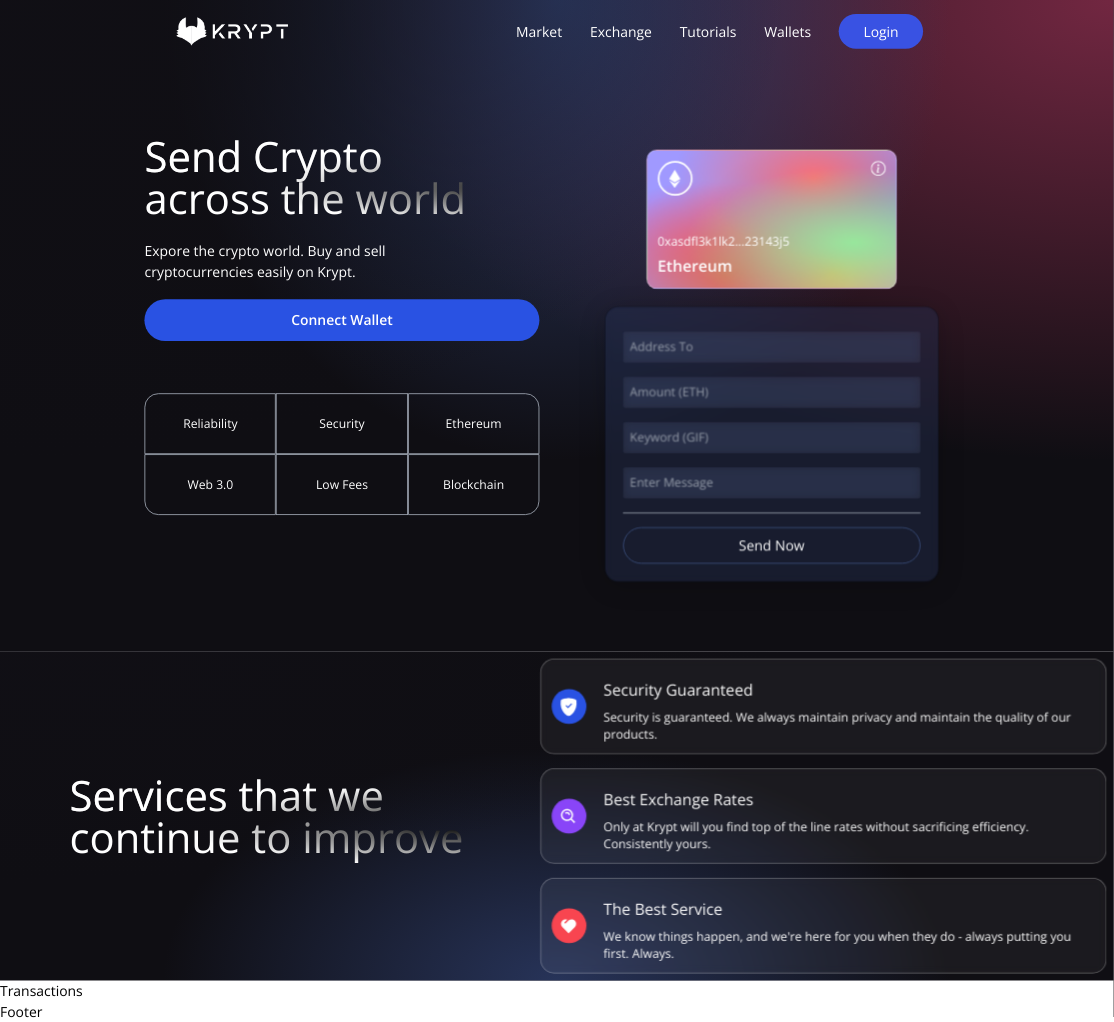
Repository: stephan-chiorean/krypt
Page: / (app in client/)
An editor plug-in stored every save of this project. The page is shown before and after a run of saves, followed by the edit.
The browser window is 1280 px wide. The pictures show the whole page, at 87% of full size.
The project was rebuilt for these pictures with package versions that can differ from the ones it lists, and the page was loaded fresh each time. Also part of the build but not shown: client/vite.config.js, client/src/components/Loader.jsx.

Above is the page before, as saved 2023-03-29 19:33:02.

### client/src/main.jsx
import React from 'react'
import ReactDOM from 'react-dom/client'
import App from './App'
import {TransactionProvider} from './context/TransactionContext';
import './index.css'

ReactDOM.createRoot(document.getElementById('root')).render(
  <TransactionProvider>
  <React.StrictMode>
    <App />
  </React.StrictMode>
  </TransactionProvider>,
)

### client/src/App.jsx
import {Navbar, Welcome, Footer, Services, Transactions} from './components';

const App = () => {

  return (
    <div className="min-h-screen">
      <div className="gradient-bg-welcome">
        <Navbar/>
        <Welcome/>
      </div>
      <Services/>
      <Transactions/>
      <Footer/>
    </div>
  )
}

export default App

### client/src/context/TransactionContext.jsx
import React, { useState, useEffect } from 'react';
import * as ethers from 'ethers';
import { contractABI, contractAddress } from '../utils/constants';

export const TransactionContext = React.createContext();

const { ethereum } = window;

const getEthereumContract = () => {
    console.log(ethers)
  const provider = new ethers.providers.Web3Provider(ethereum);
  const signer = provider.getSigner();
  const transactionContract = new ethers.Contract(
    contractAddress,
    contractABI,
    signer
  );

  return transactionContract;

//   console.log({
//     provider,
//     signer,
//     transactionContract,
//   });
};

export const TransactionProvider = ({ children }) => {
  const [connectedAccount, setConnectedAccount] = useState('');
  const [formData, setFormData] = useState({ addressTo: '', amount: 0, keyword: '', message: ''});
  const [isLoading, setIsLoading] = useState(false);
  const [transactionCount, setTransactionCount] = useState(localStorage.getItem('transactionCount'));

  const handleChange = (e, name) => {
    setFormData((prevState) => ({...prevState, [name]: e.target.value}));
  }

  const checkIfWalletIsConnected = async () => {
    try {
      if (!ethereum) return alert('Please install metamask');

      const accounts = await ethereum.request({ method: 'eth_accounts' });
      if (accounts.length) {
        setConnectedAccount(accounts[0]);
      } else {
        console.log('No accounts found');
      }
      console.log(accounts);
    } catch (err) {
      console.error(err);
      throw new Error('No ethereum object');
    }
  };

  const connectWallet = async () => {
    try {
      if (!ethereum) return alert('Please install metamask');

      const accounts = await ethereum.request({
        method: 'eth_requestAccounts',
      });

      setConnectedAccount(accounts[0]);
      console.log('CONNECTED', connectedAccount);
    } catch (err) {
      console.error(err);
      throw new Error('No ethereum object.');
    }
  };

  const sendTransaction = async() => {
    try {
        if(!ethereum) return alert("Please install metamask");
        const {addressTo, amount, keyword, message} = formData;
        const transactionContract = getEthereumContract();
        const parsedAmount = ethers.utils.parseEther(amount);

        await ethereum.request({
            method: 'eth_sendTransaction',
            params: [{
                from: connectedAccount,
                to: addressTo,
                gas: '0x5208', //21000 gwei
                value: parsedAmount._hex,
            }]
        })

        const transactionHash = await transactionContract.addToBlockchain(addressTo, parsedAmount, message, keyword);
        setIsLoading(true);
        console.log(`Loading - ${transactionHash.hash}`);
        await transactionHash.wait();
        setIsLoading(false);
        console.log(`Success - ${transactionHash.hash}`)

        const transactionCount = await transactionContract.getTransactionCount();
        setTransactionCount(transactionCount.toNumber())


    } catch(err) {
        console.error(err);
    }
  }

  useEffect(() => {
    checkIfWalletIsConnected();
  }, []);
  return (
    <TransactionContext.Provider value={{ connectWallet, connectedAccount, formData, setFormData, handleChange, sendTransaction }}>
      {children}
    </TransactionContext.Provider>
  );
};

### client/src/components/index.js
export {default as Loader} from './Loader';
export {default as Navbar} from './Navbar';
export {default as Footer} from './Footer';
export {default as Welcome} from './Welcome';
export {default as Transactions} from './Transactions';
export {default as Services} from './Services';

### client/src/utils/constants.js
import abi from './Transactions.json';

export const contractABI = abi.abi;
export const contractAddress = '0x48d319b761e733246BF575C86d399bB8EDdA6dEf';

### client/src/components/Navbar.jsx
import { HiMenuAlt4 } from 'react-icons/hi';
import { AiOutlineClose } from 'react-icons/ai';
import { useState } from 'react';

import logo from '../../images/logo.png';

const NavbarItem = ({ title, classProps }) => {
  return <li className={`mx-4 cursor-pointer ${classProps}`}>{title}</li>;
};
export default () => {
  const [toggleMenu, setToggleMenu] = useState(false);
  return (
    <nav className='w-full flex md:justify-center justify-between items-center p-4'>
      <div className='md:flex-[0.5] flex-initial justify-center items-center'>
        <img src={logo} alt='logo' className='w-32 cursor-pointer' />
      </div>
      <ul className='text-white md:flex hidden list-none flex-row justify-between items-center flex-initial'>
        {['Market', 'Exchange', 'Tutorials', 'Wallets'].map((item, index) => (
          <NavbarItem key={item + index} title={item} />
        ))}
        <li className='bg-[#3952e3] py-2 px-7 mx-4 rounded-full cursor-pointer hover:bg-[#2546bd]'>
          Login
        </li>
      </ul>
      <div className='flex relative'>
        {toggleMenu ? (
          <AiOutlineClose
            fontSize={28}
            className='text-white md:hidden cursor-pointer'
            onClick={() => setToggleMenu(false)}
          />
        ) : (
          <HiMenuAlt4
            fontSize={28}
            className='text-white md:hidden cursor-pointer'
            onClick={() => setToggleMenu(true)}
          />
        )}
        {toggleMenu && (
          <ul className="z-10 fixed top-0 -right-2 p-3 w-[70vw] h-screen shadow-2xl md:hidden list-none flex flex-col justify-start items-end rounded-md blue-glassmorphism text-white animate-slide-in">
            <li className='text-xl w-full my-2'>
              <AiOutlineClose onClick={() => setToggleMenu(false)} className="cursor-pointer"/>
            </li>
            {['Market', 'Exchange', 'Tutorials', 'Wallets'].map(
              (item, index) => (
                <NavbarItem key={item + index} title={item} classProps="my-2 text-lg"/>
              )
            )}
          </ul>
        )}
      </div>
    </nav>
  );
};

### client/src/components/Footer.jsx
import React from 'react'

export default() => {
  return (
    <div>Footer</div>
  )
}

### client/src/components/Welcome.jsx
import { AiFillPlayCircle } from 'react-icons/ai';
import { SiEthereum } from 'react-icons/si';
import { BsInfoCircle } from 'react-icons/bs';
import { TransactionContext } from '../context/TransactionContext';
import React, { useContext } from 'react';
import { Loader } from './';
const commonStyles =
  'min-h-[70px] sm:px-0 px-2 sm:min-w-[120px] flex justify-center items-center border-[0.5px] border-gray-400 text-sm font-light text-white';

const Input = ({ placeholder, name, type, value, handleChange }) => (
  <input
    placeholder={placeholder}
    type={type}
    step='0.0001'
    value={value}
    onChange={(e) => handleChange(e, name)}
    className='my-2 w-full rounded-sm p-2 outline-none text-white border-none text-sm white-glassmorphism'
  />
);
export default () => {
  const {
    connectWallet,
    connectedAccount,
    formData,
    sendTransaction,
    handleChange,
  } = useContext(TransactionContext);
  const handleSubmit = (e) => {
    const { addressTo, amount, keyword, message } = formData;
    e.preventDefault();

    if (!addressTo || !amount || !keyword || !message) return;
    sendTransaction();
  };
  return (
    <div className='flex w-full justify-center items-center'>
      <div className='flex md:flex-row flex-col itesm-start justify-between md:p-20 py-12 px-4'>
        <div className='flex flex-1 justify-start flex-col md:mr-10'>
          <h1 className='text-3xl sm:text-5xl text-white text-gradient py-1'>
            Send Crypto <br /> across the world
          </h1>
          <p className='text-left mt-5 text-white font-light md:w-9/12 w-11/12 text-base'>
            Expore the crypto world. Buy and sell cryptocurrencies easily on
            Krypt.
          </p>
          {!connectedAccount && (
            <button
              type='button'
              onClick={connectWallet}
              className='flex flex-row justify-center items-center my-5 bg-[#2952e3] p-3 rounded-full cursor-pointer hover:bg-[#2546bd]'
            >
              <p className='text-white text-base font-semibold'>
                Connect Wallet
              </p>
            </button>
          )}

          <div className='grid sm:grid-cols-3 grid-cols-2 w-full mt-10'>
            <div className={`rounded-tl-2xl ${commonStyles}`}>Reliability</div>
            <div className={commonStyles}>Security</div>
            <div className={`sm:rounded-tr-2xl ${commonStyles}`}>Ethereum</div>
            <div className={`sm:rounded-bl-2xl ${commonStyles}`}>Web 3.0</div>
            <div className={commonStyles}>Low Fees</div>
            <div className={`rounded-br-2xl ${commonStyles}`}>Blockchain</div>
          </div>
        </div>

        <div className='flex flex-col flex-1 items-center justify-start w-full md:mt-0 mt-10'>
          <div className='p-3 justify-end items-start flex-col rounded-xl h-40 sm:w-72 w-full my-5 eth-card white-glassmorphism'>
            <div className='flex justify-between flex-col w-full h-full'>
              <div className='flex justify-between items-start'>
                <div className='w-10 h-10 rounded-full border-2 border-white flex justify-center items-center'>
                  <SiEthereum fontSize={21} color='#fff' />
                </div>
                <BsInfoCircle fontSize={17} color='#fff' />
              </div>
              <div>
                <p className='text-white font-light text-sm'>
                  0xasdfl3k1lk2...23143j5
                </p>
                <p className='text-white font-semibold text-lg mt-1'>
                  Ethereum
                </p>
              </div>
            </div>
          </div>

          <div className='p-5 sm:w-96 w-full flex flex-col justify-start items-center blue-glassmorphism'>
            <Input
              placeholder='Address To'
              name='addressTo'
              type='text'
              handleChange={handleChange}
            />
            <Input
              placeholder='Amount (ETH)'
              name='amount'
              type='number'
              handleChange={handleChange}
            />
            <Input
              placeholder='Keyword (GIF)'
              name='keyword'
              type='text'
              handleChange={handleChange}
            />
            <Input
              placeholder='Enter Message'
              name='message'
              type='text'
              handleChange={handleChange}
            />
            <div className='h-[1px] w-full bg-gray-400 my-2' />
            {false ? (
              <Loader />
            ) : (
              <button
                type='submit'
                onClick={handleSubmit}
                className='text-white w-full mt-2 border-[1px] p-2 border-[#3d4f7c] rounded-full cursor-pointer'
              >
                Send Now
              </button>
            )}
          </div>
        </div>
      </div>
    </div>
  );
};

### client/src/components/Transactions.jsx
import React from 'react'

export default() => {
  return (
    <div>Transactions</div>
  )
}

### client/src/components/Services.jsx
import React from 'react';
import { BsShieldFillCheck } from 'react-icons/bs';
import { BiSearchAlt } from 'react-icons/bi';
import { RiHeart2Fill } from 'react-icons/ri';

const ServiceCard = ({color, title, icon, subtitle}) => (
  <div className='flex flex-row md:w-90 justify-start items-center white-glassmorphism p-3 m-2 cursor-pointer hover:shadow-xl'>
    <div className={`w-10 h-10 rounded-full flex justify-center items-center ${color}`}>
      {icon}
    </div>
    <div className="ml-5 flex flex-col flex-1">
      <h1 className="mt-2 text-white text-lg">{title}</h1>
      <p className="mt-2 text-white text-sm">{subtitle}</p>
    </div>
  </div>
);
export default () => {
  return (
    <div className='flex w-full justify-center items-center gradient-bg-services'>
      <div className='flex md:flex-row flex-col items-center justify-between md:p-20 py-12 px-4'>
        <div className='flex-1 flex flex-col justify-start items-start'>
          <h1 className='text-white text-3xl sm:text-5xl py-2 text-gradient'>
            Services that we
            <br />
            continue to improve
          </h1>
        </div>
      </div>
      <div className='flex-1 flex flex-col justify-start items-center'>
        <ServiceCard
          color='bg-[#2952e3]'
          title='Security Guaranteed'
          icon={<BsShieldFillCheck fontSize={21} className='text-white' />}
          subtitle="Security is guaranteed. We always maintain privacy and maintain the quality of our products."
        />
        <ServiceCard
          color='bg-[#8945f8]'
          title='Best Exchange Rates'
          icon={<BiSearchAlt fontSize={21} className='text-white' />}
          subtitle="Only at Krypt will you find top of the line rates without sacrificing efficiency. Consistently yours."
        />
        <ServiceCard
          color='bg-[#f84550]'
          title='The Best Service'
          icon={<RiHeart2Fill fontSize={21} className='text-white' />}
          subtitle="We know things happen, and we're here for you when they do - always putting you first. Always."
        />
      </div>
    </div>
  );
};

Loaded but not shown: client/index.html (common file); client/src/index.css (common file); client/tailwind.config.js (common file); client/src/utils/Transactions.json (140 lines, source omitted)

After the next 2 saves:
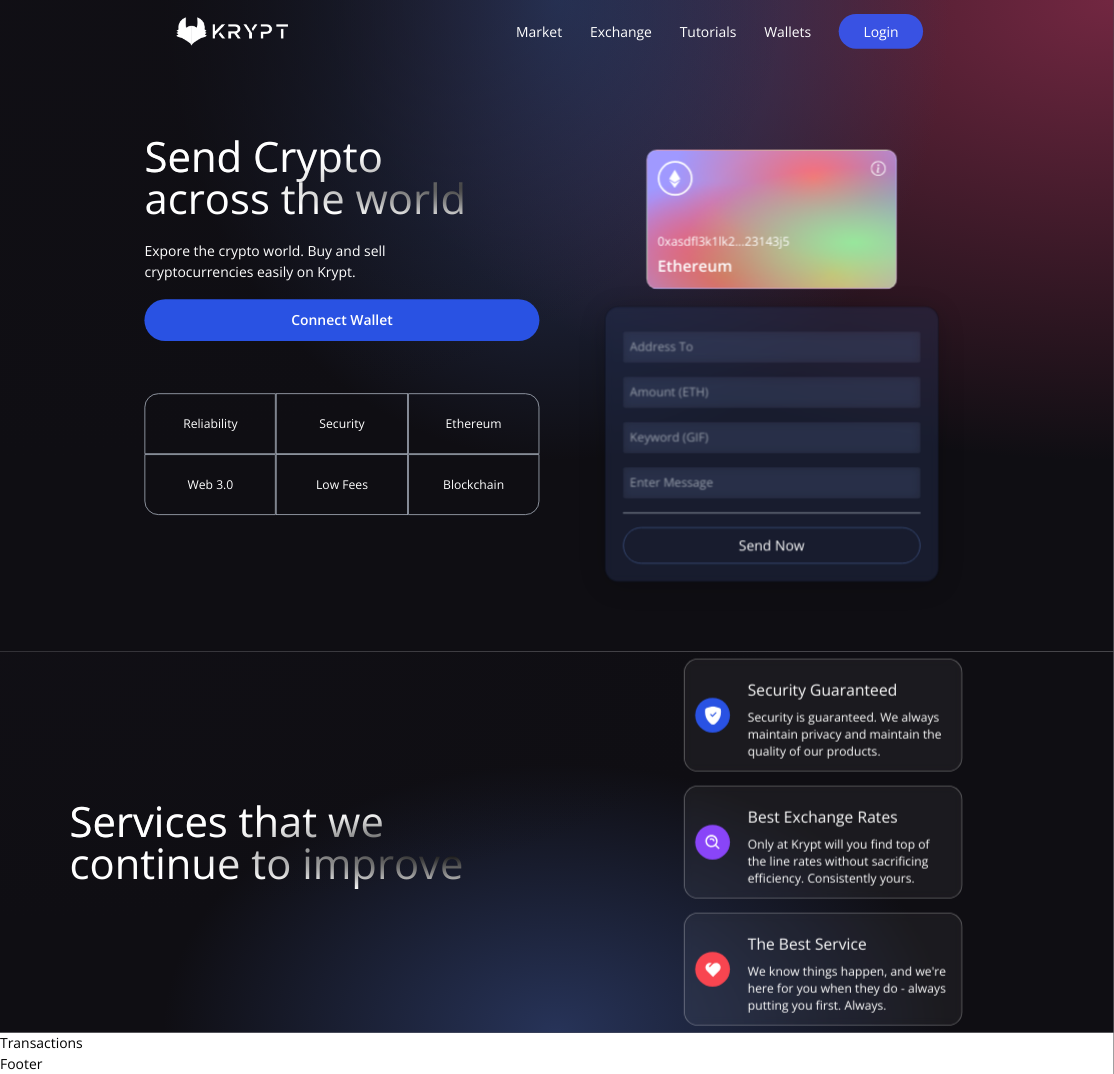
The 2 saves are shown as one change because they came seconds apart.
The last was saved 8 s later.
--- a/client/src/components/Services.jsx
+++ b/client/src/components/Services.jsx
@@ -4,7 +4,7 @@ import { BiSearchAlt } from 'react-icons/bi';
 import { RiHeart2Fill } from 'react-icons/ri';
 
 const ServiceCard = ({color, title, icon, subtitle}) => (
-  <div className='flex flex-row md:w-90 justify-start items-center white-glassmorphism p-3 m-2 cursor-pointer hover:shadow-xl'>
+  <div className='flex flex-row md:w-80 justify-start items-center white-glassmorphism p-3 m-2 cursor-pointer hover:shadow-xl'>
     <div className={`w-10 h-10 rounded-full flex justify-center items-center ${color}`}>
       {icon}
     </div>
